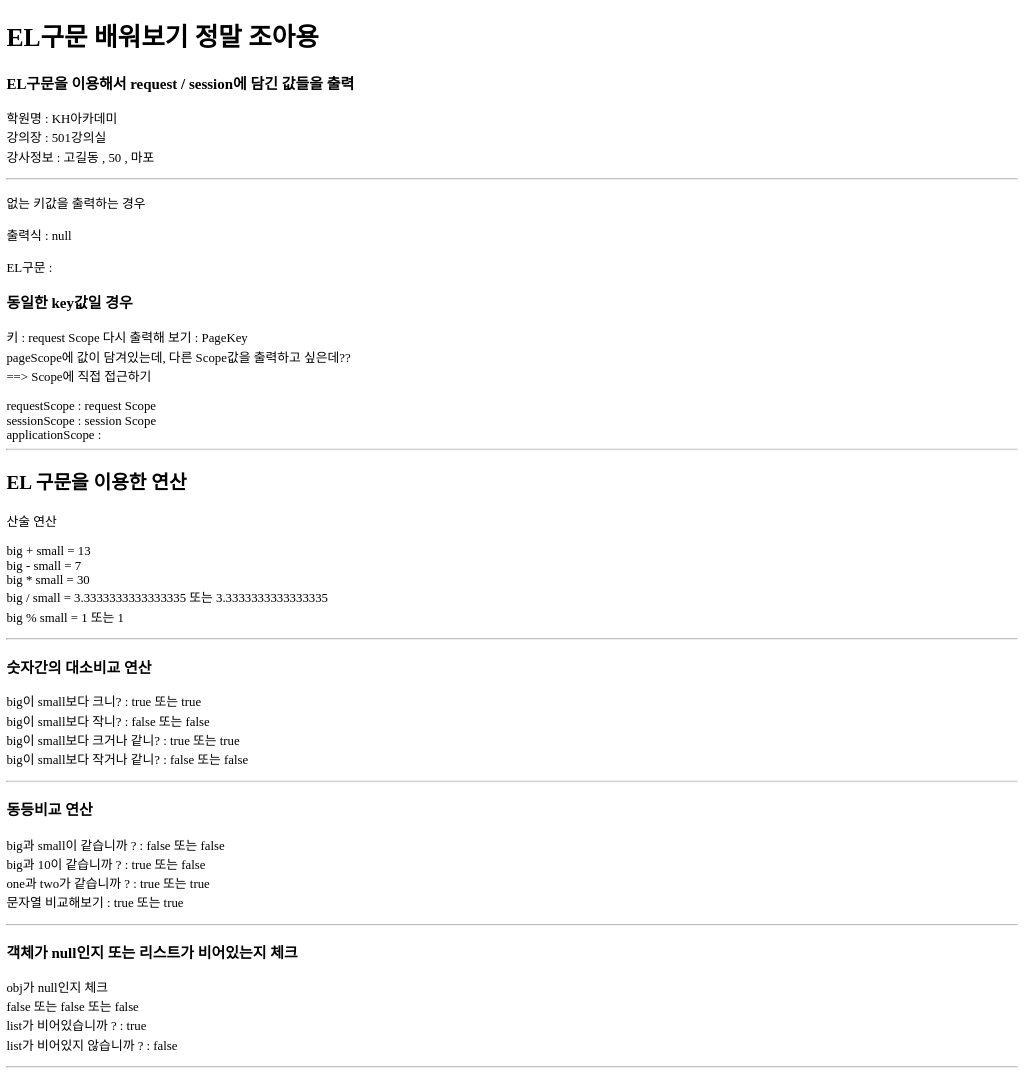
Repository: rlaehqkf/java_practice
Page: http://localhost/ActionProject/el.do
An editor plug-in stored every save of this project. The page is shown before and after the next save, followed by the edit.
The browser window is 1280 px wide. The pictures show the whole page, at 80% of full size.
The page is served by Tomcat 9.

Above is the page before, as saved 2026-05-06 06:44:58.

After the next save:
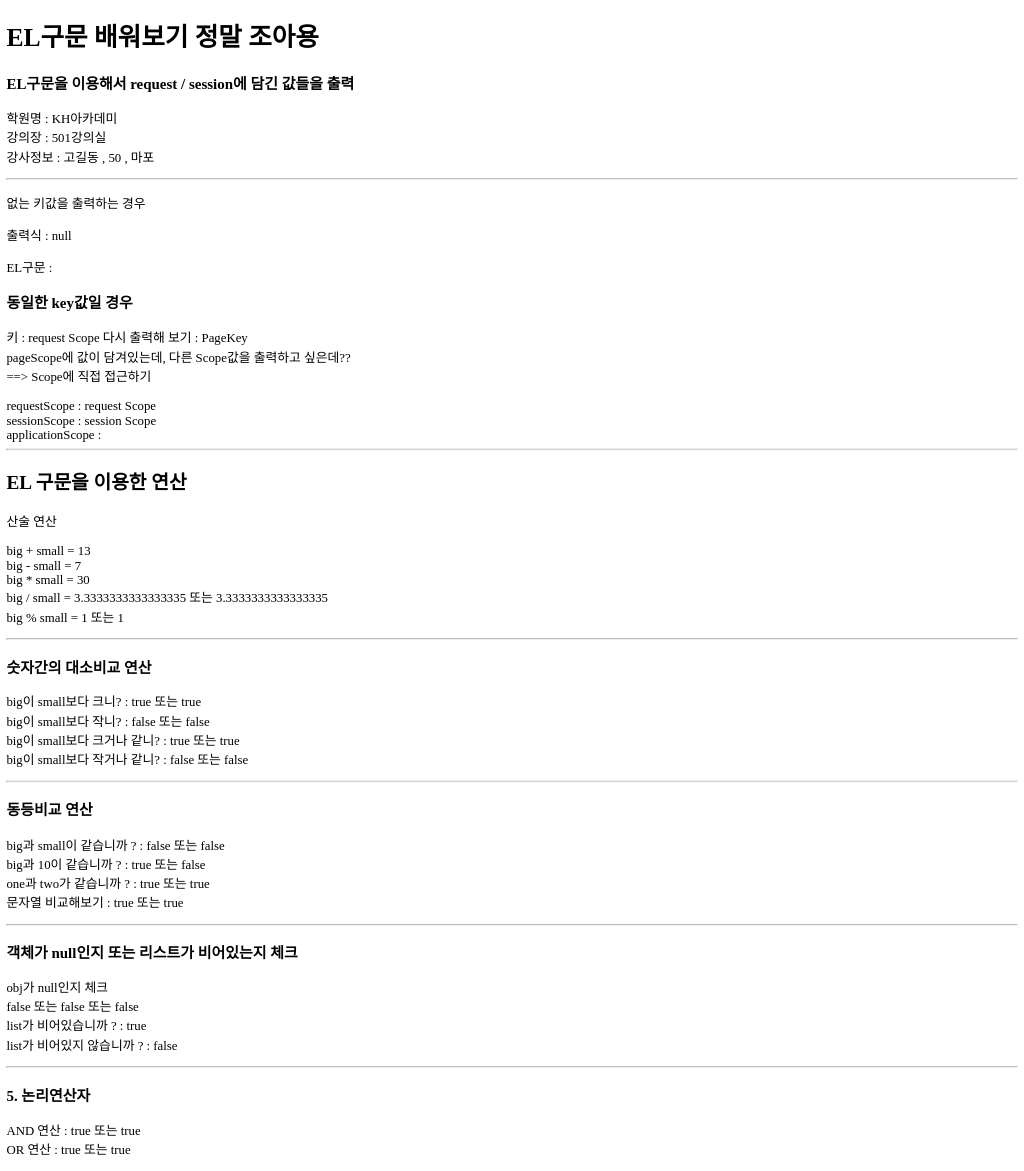
Saved 85 s later.
--- a/ActionProject/src/main/webapp/WEB-INF/views/01_el.jsp
+++ b/ActionProject/src/main/webapp/WEB-INF/views/01_el.jsp
@@ -143,8 +143,12 @@
 
 	<hr>
 
+	<h3>5. 논리연산자</h3>
 
-
+	<p>
+		AND 연산 : ${ true && true } 또는 ${ true and true } <br>
+		OR  연산 : ${ true || true } 또는 ${ true or true }
+	</p>
 
 
 
